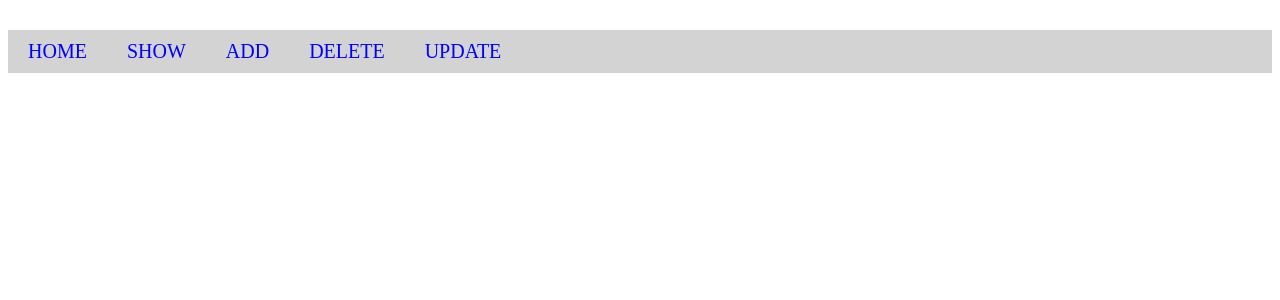
Repository: jalaj2123/SPRING-ORM
Page: Webap/src/main/webapp/home.html
These files come from the project's save history. The page is drawn as it stood at one moment and after the next save; the edit follows.
The browser window is 1280 px wide. The pictures show the whole page.

Above is the page before, as saved 2022-03-16 13:05:33.

After the next save:
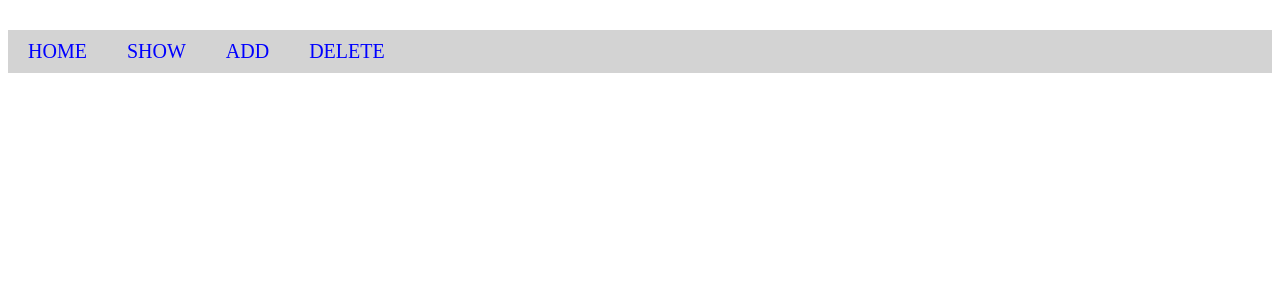
Saved 88 s later.
--- a/Webap/src/main/webapp/home.html
+++ b/Webap/src/main/webapp/home.html
@@ -40,8 +40,7 @@ li a:hover
 <li><a href="home.html">HOME</a></li>
 <li><a href="index.jsp">SHOW</a></li>
 <li><a href="Insert">ADD</a></li>
-<li><a href="Insert">DELETE</a></li>
-<li><a href="Insert">UPDATE</a></li>
+<li><a href="delete.html">DELETE</a></li>
 </ul>
 </body>
 </html>
